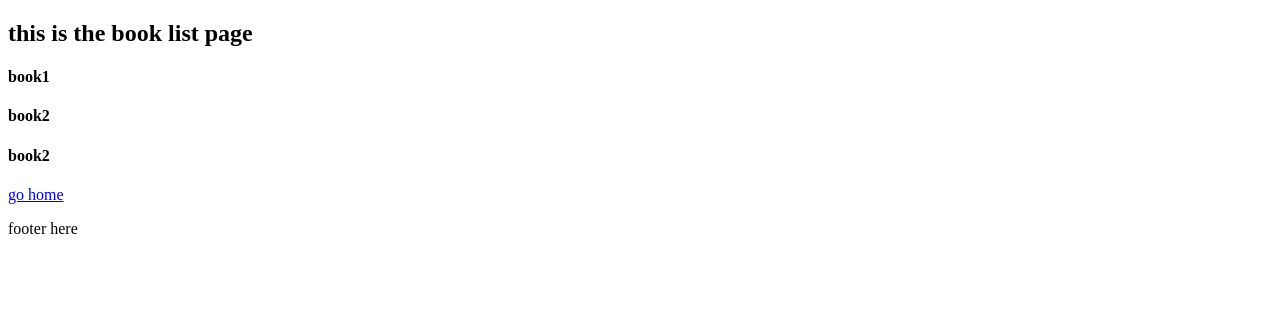
Repository: engdavide/bookshare
Page: http://localhost/books
The author's editor kept a record of every edit. The page is drawn from the files as they stood at one moment, then again after the next edit.
The browser window is 1280 px wide. The pictures show the whole page.
The page is served by the project's Node server (app.js).

Above is the page before.

After the next edit:
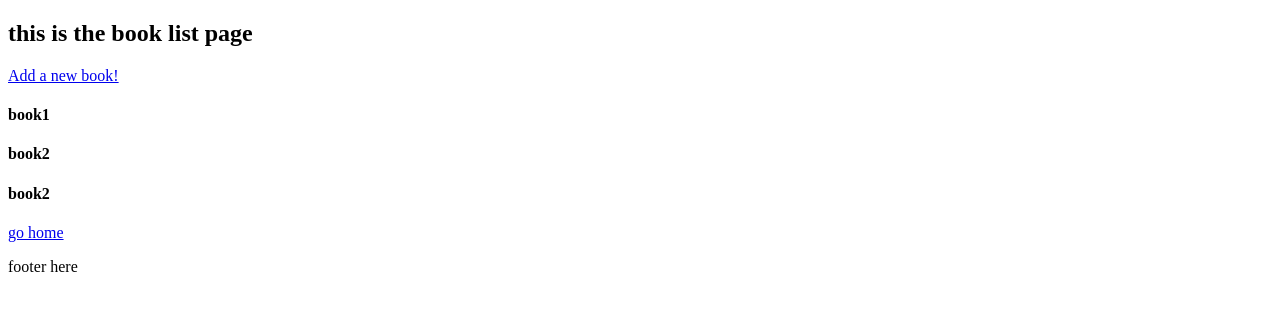
The edit:
--- a/views/books.ejs
+++ b/views/books.ejs
@@ -2,6 +2,8 @@
 
 
 <h2>this is the book list page</h2>
+
+<a href="/books/new">Add a new book!</a></a>
 
 <% books.forEach(function(book){ %>
     <div>
